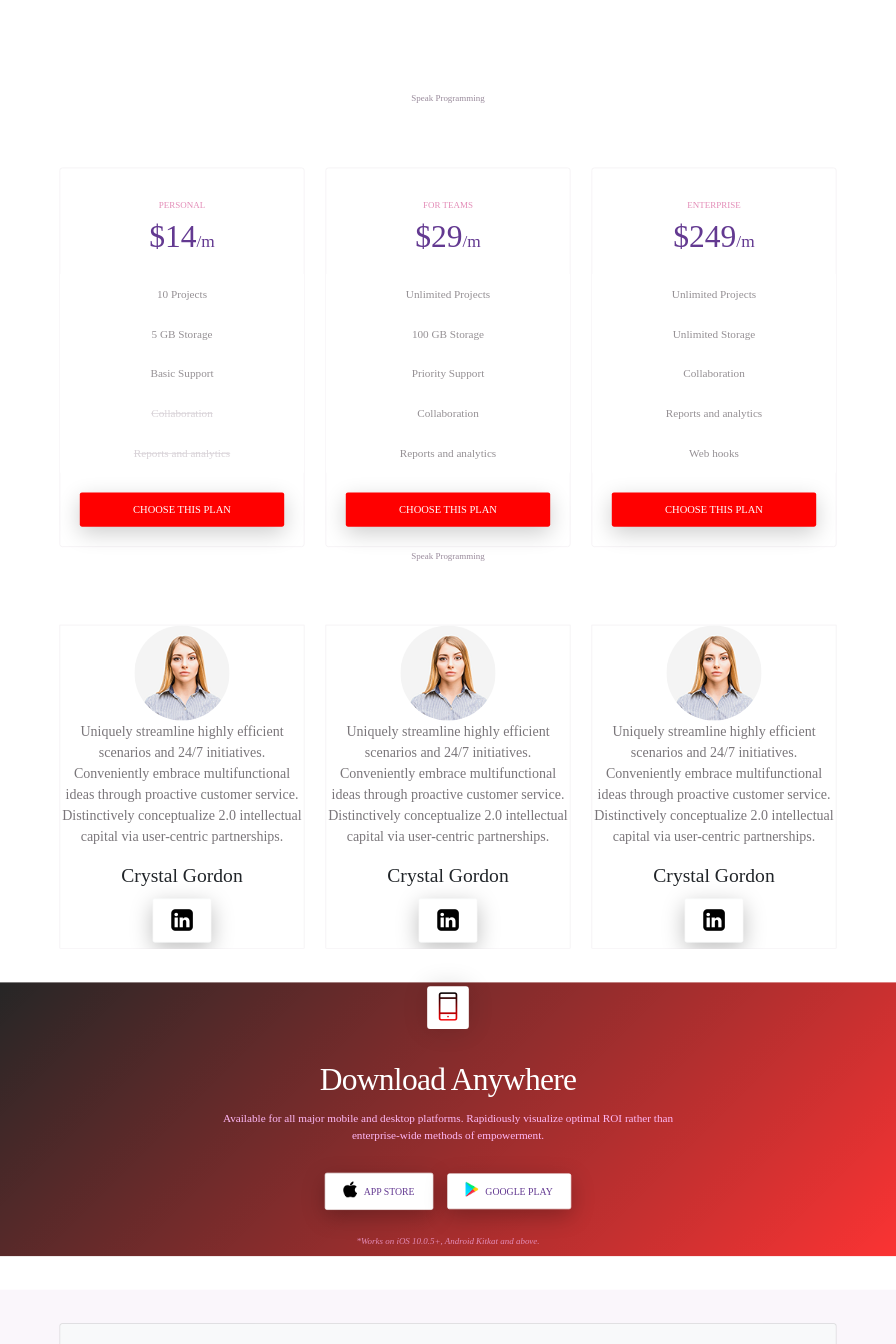
Repository: RosuCatalinDorin/ITSchool
Page: home-page/index.html
The author's editor kept a copy of each file at every save. The page is drawn from the files as they stood at one save, then again after the next save.
The browser window is 1280 px wide. The pictures show the part of the page from y = 539 to 2459 px (the page is 3484 px tall), at 70% of full size.
Some web libraries are served in a nearby version.

Above is the page before, as saved 2019-03-13 16:17:44.

### home-page/index.html
<!doctype html>
<html lang="en">


<head>
    <title>Speak Programming</title>
    <!-- Required meta tags -->
    <meta charset="utf-8">
    <meta name="viewport" content="width=device-width, initial-scale=1, shrink-to-fit=no">
    <meta name="description" content="Mobland - Mobile App Landing Page Template">
    <meta name="keywords" content="HTML5, bootstrap, mobile, app, landing, ios, android, responsive">
    <!-- Font -->

    <link rel="dns-prefetch" href="//fonts.googleapis.com">
     <!-- Bootstrap CSS -->
    <link rel="stylesheet" href="../css/bootstrap.min.css">
    <!-- Themify Icons -->
    <link rel="stylesheet" href="../css/themify-icons.css">
    <!-- Owl carousel -->
    <link rel="stylesheet" href="../css/owl.carousel.min.css">
    <link rel="stylesheet" href="../css/teamStyle.css">
    <link rel="stylesheet" href="../detaliiCurs/css/detalii-curs.css">


    <link rel="stylesheet" href="https://maxcdn.bootstrapcdn.com/font-awesome/4.5.0/css/font-awesome.min.css">

    <!-- Main css -->
    <link href="../css/style.css" rel="stylesheet">
    <link rel="shortcut icon" href="../images/partea_de_susLogo.png"/>
    <!-- jQuery and Bootstrap -->
    <script src="../js/jquery-3.2.1.min.js"></script>
    <script src="../js/bootstrap.bundle.min.js"></script>
    <!-- Plugins JS -->
    <script src="../js/owl.carousel.min.js"></script>
    <!-- Custom JS -->
    <script src="../js/script.js"></script>
    <script src="../js/fbLogin.js"></script>

</head>

<body data-spy="scroll" data-target="#navbar" data-offset="30">

    <!-- NAV BAR START-->
    <div class="nav-menu fixed-top">
        <div class="container">
            <div class="row">
                <div class="col-md-12">
                    <nav class="navbar navbar-dark navbar-expand-lg">
                        <a class="navbar-brand" href="index.html"><img src="../images/partea_de_susLogo.png" height="43" width="43" class="img-fluid" alt="logo"></a> <button class="navbar-toggler" type="button" data-toggle="collapse" data-target="#navbar" aria-controls="navbar" aria-expanded="false" aria-label="Toggle navigation"> <span class="navbar-toggler-icon"></span> </button>
                        <div class="collapse navbar-collapse" id="navbar">
                            <ul class="navbar-nav ml-auto">
                                <li class="nav-item"> <a class="nav-link active" href="#home">HOME <span class="sr-only">(current)</span></a> </li>
                                <li class="nav-item"> <a class="nav-link" href="#cursuri">CURSURI</a> </li>
                                <li class="nav-item"> <a class="nav-link" href="#aboutUS">DESPRE NOI</a> </li>
                                <li class="nav-item"> <a class="nav-link" href="#contact">CONTACT</a> </li>
                            </ul>
                        </div>
                    </nav>
                </div>
              </div>
         </div>
    </div>
<!-- NAV BAR END -->
    <!-- START HEADER -->
    <header  id="home">
        <div class="container mt-5">
            <h1 class="textClass"> Mesaj 1 (eu zic moto)</h1>
        </div>
        <div class="img-holder mt-3"><img src="../images/logo_partea_deJos.png" alt="phone" class="img-fluid">
            <p class="textClass">Mesaj 2 De ce am creat asta? O intrebare de genu</p>
        </div>
    </header>

    <!-- END HEADER -->

    <div class="section" id="cursuri">
        <div class="container">
            <div class="section-title">
                <small>Speak Programming</small>
                <h3>Cursuri</h3>
            </div>

            <div class="card-deck">
                <div class="card pricing">
                    <div class="card-head">
                        <small class="text-primary">PERSONAL</small>
                        <span class="price">$14<sub>/m</sub></span>
                    </div>
                    <ul class="list-group list-group-flush">
                        <div class="list-group-item">10 Projects</div>
                        <div class="list-group-item">5 GB Storage</div>
                        <div class="list-group-item">Basic Support</div>
                        <div class="list-group-item"><del>Collaboration</del></div>
                        <div class="list-group-item"><del>Reports and analytics</del></div>
                    </ul>
                    <div class="card-body">
                        <a href="screens/curs.html" class="btn btn-primary btn-lg btn-block">Choose this Plan</a>
                    </div>
                </div>
                <div class="card pricing">
                    <div class="card-head">
                        <small class="text-primary">FOR TEAMS</small>
                        <span class="price">$29<sub>/m</sub></span>
                    </div>
                    <ul class="list-group list-group-flush">
                        <div class="list-group-item">Unlimited Projects</div>
                        <div class="list-group-item">100 GB Storage</div>
                        <div class="list-group-item">Priority Support</div>
                        <div class="list-group-item">Collaboration</div>
                        <div class="list-group-item">Reports and analytics</div>
                    </ul>
                    <div class="card-body">
                        <a href="screens/curs.html" class="btn btn-primary btn-lg btn-block">Choose this Plan</a>
                    </div>
                </div>
                <div class="card pricing">
                    <div class="card-head">
                        <small class="text-primary">ENTERPRISE</small>
                        <span class="price">$249<sub>/m</sub></span>
                    </div>
                    <ul class="list-group list-group-flush">
                        <div class="list-group-item">Unlimited Projects</div>
                        <div class="list-group-item">Unlimited Storage</div>
                        <div class="list-group-item">Collaboration</div>
                        <div class="list-group-item">Reports and analytics</div>
                        <div class="list-group-item">Web hooks</div>
                    </ul>
                    <div class="card-body">
                        <a href="screens/curs.html" class="btn btn-primary btn-lg btn-block">Choose this Plan</a>
                    </div>
                </div>
            </div>
            <!-- // end .pricing -->
        </div>

    </div>


        <div class="container   embed-responsive">
            <div class="section-title">
                <small>Speak Programming</small>
                <h3>Trainers</h3>
            </div>
            <div class="contentTem">
                <div class="divNewTeam testimonials-single">
                    <img src="../images/client.png" class="rounded-circle" alt="Cinque Terre" width="136" height="136">
                    <blockquote class="blockquote">Uniquely streamline highly efficient scenarios and 24/7 initiatives. Conveniently embrace multifunctional ideas through proactive customer service. Distinctively conceptualize 2.0 intellectual capital via user-centric partnerships.</blockquote>
                    <h5 class="mt-4 mb-2">Crystal Gordon</h5>
                    <a href="#" class="btn btn-light"> <i class="fa fa-linkedin-square" style="font-size:36px; color:black"></i>  </a>
                </div>
                <div class="divNewTeam testimonials-single">
                    <img src="../images/client.png" class="rounded-circle" alt="Cinque Terre" width="136" height="136">
                    <blockquote class="blockquote">Uniquely streamline highly efficient scenarios and 24/7 initiatives. Conveniently embrace multifunctional ideas through proactive customer service. Distinctively conceptualize 2.0 intellectual capital via user-centric partnerships.</blockquote>
                    <h5 class="mt-4 mb-2">Crystal Gordon</h5>
                    <a href="#" class="btn btn-light"> <i class="fa fa-linkedin-square" style="font-size:36px; color:black"></i>  </a>
                </div>
                <div class="divNewTeam testimonials-single">
                    <img src="../images/client.png" class="rounded-circle" alt="Cinque Terre" width="136" height="136">
                    <blockquote class="blockquote">Uniquely streamline highly efficient scenarios and 24/7 initiatives. Conveniently embrace multifunctional ideas through proactive customer service. Distinctively conceptualize 2.0 intellectual capital via user-centric partnerships.</blockquote>
                    <h5 class="mt-4 mb-2">Crystal Gordon</h5>
                    <a href="#" class="btn btn-light"> <i class="fa fa-linkedin-square" style="font-size:36px; color:black"></i>  </a>
                </div>
            </div>
        </div>

    <div class="section bg-gradient" id ="aboutUS">
        <div class="container">
            <div class="call-to-action">

                <div class="box-icon"><span class="ti-mobile gradient-fill ti-3x"></span></div>
                <h2>Download Anywhere</h2>
                <p class="tagline">Available for all major mobile and desktop platforms. Rapidiously visualize optimal ROI rather than enterprise-wide methods of empowerment. </p>
                <div class="my-4">
                    <a href="#" class="btn btn-light"><img src="../images/appleicon.png" alt="icon"> App Store</a>
                    <a href="#" class="btn btn-light"><img src="../images/playicon.png" alt="icon"> Google play</a>
                </div>
                <p class="text-primary"><small><i>*Works on iOS 10.0.5+, Android Kitkat and above. </i></small></p>
            </div>
        </div>

    </div>
    <!-- // end .section -->

    <div class="light-bg py-5" id="contact">
        <div class="container">
            <div class="card bg-light">
                <article class="card-body mx-auto" style="max-width: 400px;">
                    <h4 class="card-title mt-3 text-center">Inscriete la curs </h4>
                    <p class="text-center">Completeaza campurile de mai jos </p>
                    <p class="divider-text">
                        <span class="bg-light">OR</span>
                    </p>
                    <form>
                        <div class="form-group input-group">
                            <div class="input-group-prepend">
                                <span class="input-group-text"> </span>
                            </div>
                            <input name="" class="form-control" placeholder="Nume complet" type="text">
                        </div> <!-- form-group// -->
                        <div class="form-group input-group">
                            <div class="input-group-prepend">
                                <span class="input-group-text"></span>
                            </div>
                            <input name="" class="form-control" placeholder="Adresa de e-mail" type="email">
                        </div> <!-- form-group// -->
                        <div class="form-group input-group">
                            <div class="input-group-prepend">
                                <span class="input-group-text">  </span>
                            </div>
                            <select class="custom-select" style="max-width: 120px;">
                                <option selected="">+40</option>
                                <option value="1">+972</option>
                                <option value="2">+198</option>
                                <option value="3">+701</option>
                            </select>
                            <input name="" class="form-control" placeholder="Numar de telefon" type="text">
                        </div> <!-- form-group// -->
                        <div class="form-group input-group">
                            <div class="input-group-prepend">
                                <span class="input-group-text"></span>
                            </div>
                            <select class="form-control">
                                <option selected=""> Selecteaza cursul</option>
                                <option>HTML5, CSS, JAVA-SCRIPT</option>
                                <option>MySQL,PHP</option>
                            </select>

                        </div> <!-- form-group end.// -->
                        <div class="form-group input-group">
                            <div class="input-group-prepend">
                                <span class="input-group-text">  </span>
                            </div>
                            <textarea  class="form-control"  rows="4" cols="50"></textarea>
                        </div> <!-- form-group// -->
                        <div class="form-group">
                            <button type="submit" class="btn btn-primary btn-block"> TestFAcebook  </button>
                        </div> <!-- form-group// -->
                    </form>
                </article>
            </div> <!-- card.// -->

        </div>

    </div>
    <!-- // end .section -->

    <!-- START FOOTER -->
    <footer class="footer">
            <div class="footer-container">
                <div class="footer-row">
                    <div class="social-media">
                        <h1>Contacteaza-ne pe:</h1>
                        <p class="social-media-paragraph">Speak programming:
                            <span>contact@speakprogramming.ro</span>
                        </p>
                        <p class="social-media-paragraph">Facebook:
                            <span>contact@speakprogramming.ro</span>
                        </p>
                        <div class="social-media-icons">

                        </div>
                        <p>Adresa</p>
                    </div>

                    <div class="contact-form">
                        <h1>Email us:</h1>
                        <label for="email">Email</label>
                        <input type="text" name="email" value="" class="form-control input-lg input-space" placeholder="Your Email"/>

                        <label for="mesaj">Scrie-ne un mesaj</label>
                        <textarea type="text" name="mesaj" value="" class="input-space form-control input-lg" placeholder="Mesaj..."/></textarea>
                        <button class="btn submit-button-footer">Submit</button>
                    </div>
                </div>


                <p class="copyright-message text-center"><small>COPYRIGHT © 2017. ALL RIGHTS RESERVED BY <a href="">SPEAK PROGRAMMING</a></small></p>
                <!-- <small class="copyright-message text-center footer-links">
                    <a href="#" class="m-2"></a>
                    <a href="#" class="m-2"></a>
                    <a href="#" class="m-2"></a>
                </small> -->
            </div>
        </footer>
</body>

</html>

### css/teamStyle.css
.divNewTeam{
    border: 1px solid #f1eef1;
    width: 350px;

}
.contentTem{
    display: flex;
}
@media only screen and (max-width: 600px){
    .contentTem{
        display: block;
        margin-top: 50px;
    }
}

Loaded but not shown: css/bootstrap.min.css (library); css/themify-icons.css (common file); css/owl.carousel.min.css (library); js/jquery-3.2.1.min.js (library); js/bootstrap.bundle.min.js (library); js/owl.carousel.min.js (library); js/script.js (112 lines, source omitted); js/fbLogin.js (68 lines, source omitted); css/style.css (701 lines, source omitted); detaliiCurs/css/detalii-curs.css (451 lines, source omitted)

After the next save:
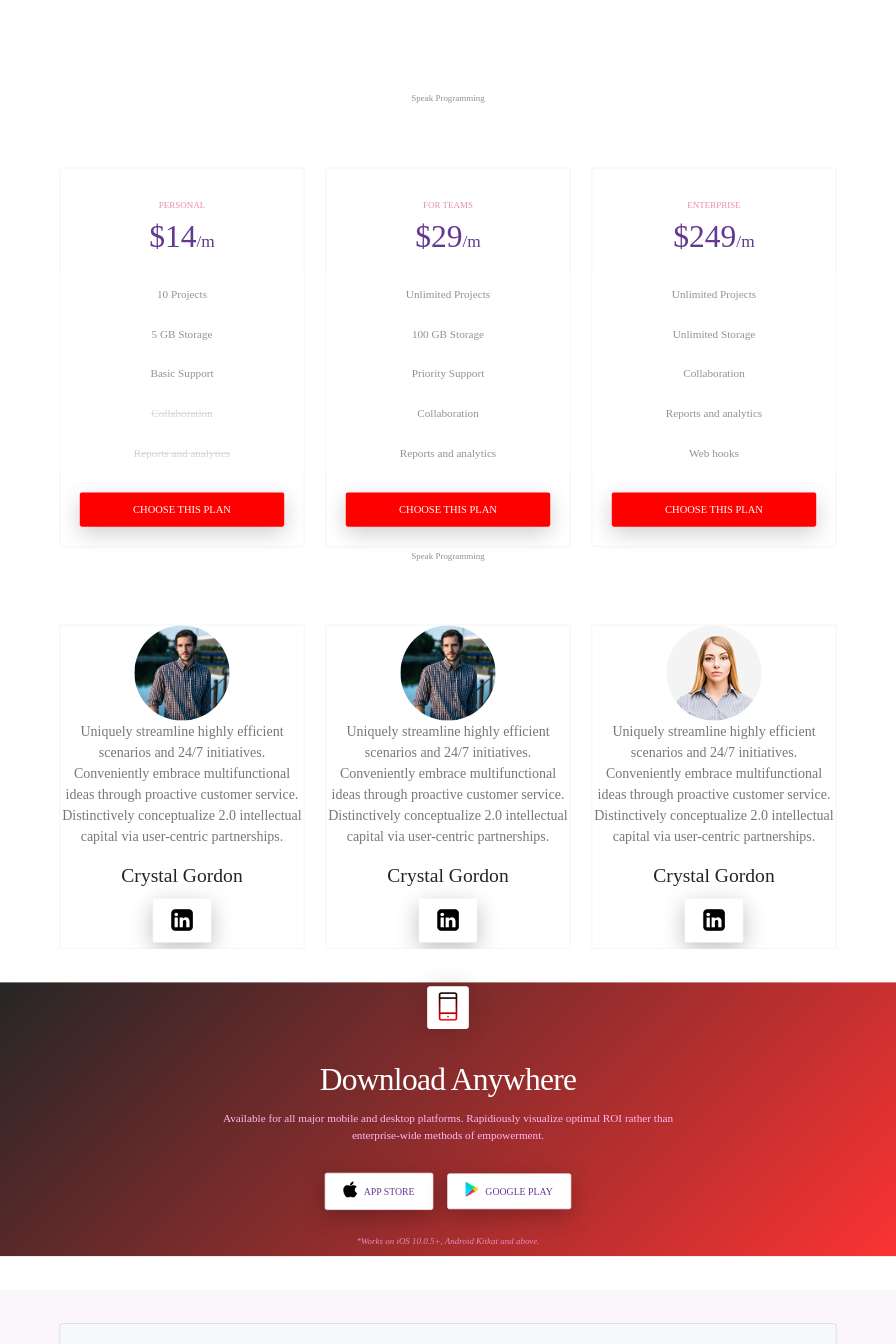
Saved 34 s later.
--- a/home-page/index.html
+++ b/home-page/index.html
@@ -143,13 +143,13 @@
             </div>
             <div class="contentTem">
                 <div class="divNewTeam testimonials-single">
-                    <img src="../images/client.png" class="rounded-circle" alt="Cinque Terre" width="136" height="136">
+                    <img src="../images/pozaIonutPausan.jpg" class="rounded-circle" alt="Cinque Terre" width="136" height="136">
                     <blockquote class="blockquote">Uniquely streamline highly efficient scenarios and 24/7 initiatives. Conveniently embrace multifunctional ideas through proactive customer service. Distinctively conceptualize 2.0 intellectual capital via user-centric partnerships.</blockquote>
                     <h5 class="mt-4 mb-2">Crystal Gordon</h5>
                     <a href="#" class="btn btn-light"> <i class="fa fa-linkedin-square" style="font-size:36px; color:black"></i>  </a>
                 </div>
                 <div class="divNewTeam testimonials-single">
-                    <img src="../images/client.png" class="rounded-circle" alt="Cinque Terre" width="136" height="136">
+                    <img src="../images/pozaIonutPausan.jpg" class="rounded-circle" alt="Cinque Terre" width="136" height="136">
                     <blockquote class="blockquote">Uniquely streamline highly efficient scenarios and 24/7 initiatives. Conveniently embrace multifunctional ideas through proactive customer service. Distinctively conceptualize 2.0 intellectual capital via user-centric partnerships.</blockquote>
                     <h5 class="mt-4 mb-2">Crystal Gordon</h5>
                     <a href="#" class="btn btn-light"> <i class="fa fa-linkedin-square" style="font-size:36px; color:black"></i>  </a>
